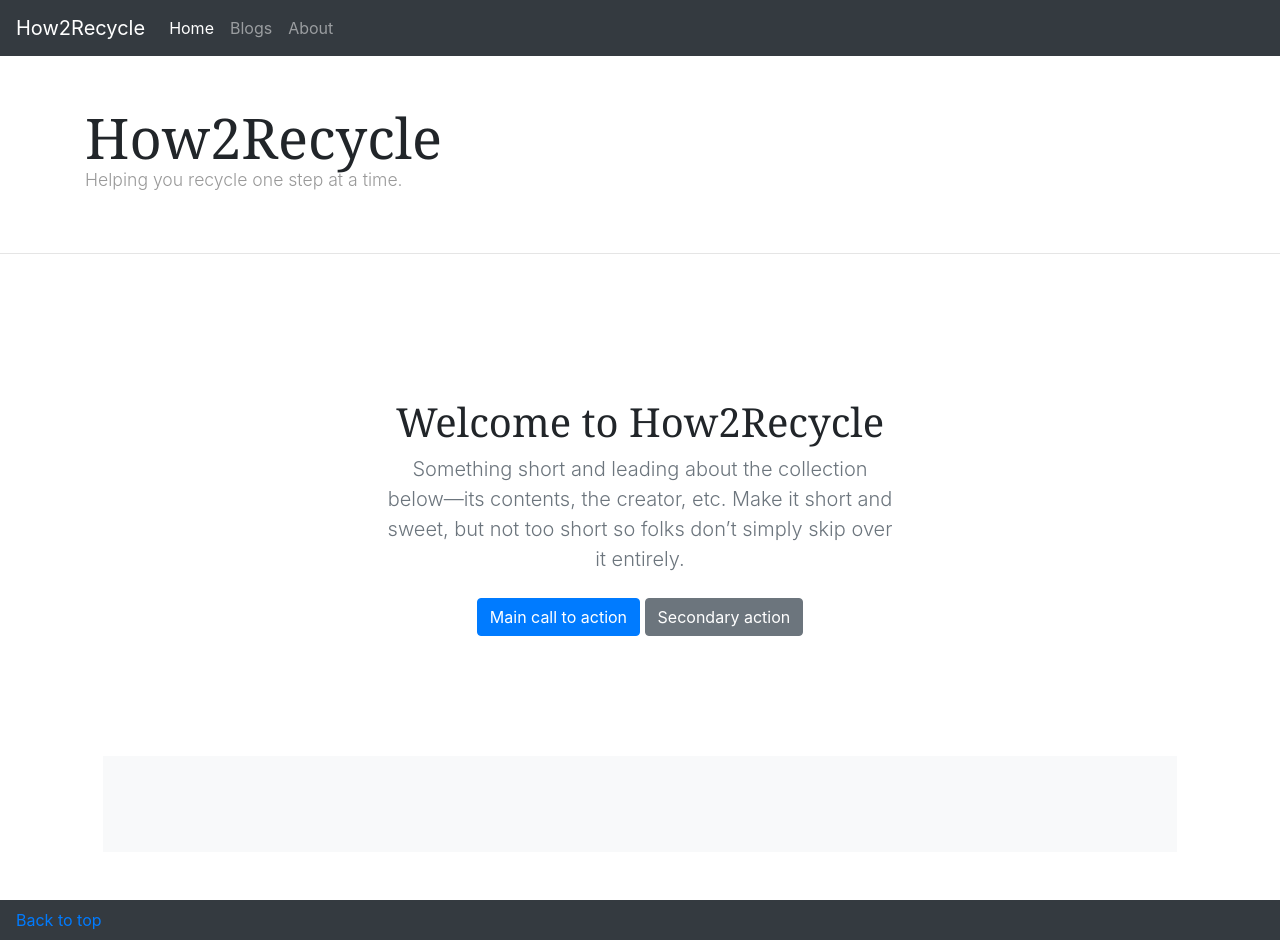
Repository: AshokSasi/CopyNPasta-Recycle-App
Page: http://localhost/
The author's editor kept a copy of each file at every save. The page is drawn from the files as they stood at one save, then again after the next save.
The browser window is 1280 px wide. The pictures show the whole page.
The page is served by the project's Laravel application, run on PHP 8.4 with Laravel 8. Other server files are loaded and not shown. Queries for data that is not in the repository find no rows.

Above is the page before, as saved 2021-09-25 15:30:57.

### routes/web.php
<?php


Route::get('/','ItemsController@index');

Route::get('/home/{item}','ItemsController@show');

Route::get('/posts/index','PostsController@index');

Route::get('/posts/create','PostsController@create');

Route::post('/posts','PostsController@store');


Route::get('/posts/{post}','PostsController@show');

Route::post('/posts/{post}/comments','CommentsController@store');

### app/Http/Controllers/ItemsController.php
<?php

namespace App\Http\Controllers;

use Illuminate\Http\Request;
use App\Items;
class ItemsController extends Controller
{
    public function index()
    {
        $items = Items::latest()->get();

        return view('home.index',compact('items'));
    }

    public function show(Items $item)
    {

        return view('home.show',compact('item'));
    }
}

### resources/views/home/index.blade.php
@extends('layouts.master')

@section('content')


<style>
  .bd-placeholder-img {
    font-size: 1.125rem;
    text-anchor: middle;
    -webkit-user-select: none;
    -moz-user-select: none;
    user-select: none;
  }

  @media (min-width: 768px) {
    .bd-placeholder-img-lg {
      font-size: 3.5rem;
    }
  }
</style>
<main>

  <section class="py-5 text-center container">
    <div class="row py-lg-5">
      <div class="col-lg-6 col-md-8 mx-auto">
        <h1 class="fw-light">Welcome to How2Recycle</h1>
        <p class="lead text-muted">Something short and leading about the collection below—its contents, the creator, etc. Make it short and sweet, but not too short so folks don’t simply skip over it entirely.</p>
        <p>
          <a href="#" class="btn btn-primary my-2">Main call to action</a>
          <a href="#" class="btn btn-secondary my-2">Secondary action</a>
        </p>
      </div>
    </div>
  </section>

  <div class="album py-5 bg-light">
    <div class="container">

      <div class="row row-cols-1 row-cols-sm-2 row-cols-md-3 g-3">
        @php ($count = 1)
        @foreach ($items as $item)

        <div class="col">
          <div class="card shadow-sm">
            <img width="100%" height="260" src="/img/{{$item->id}}.jpg" alt="">
            <div class="card-body">
              <h4 class="card-text"> <a href="/home/{{$item->id}}" >
                {{$item->title}}</h2>
              </a></h4>
              <div class="d-flex justify-content-between align-items-center">
              </div>
            </div>
          </div>
        </div>
        @if ($count >2)
        <div class="w-100"></div>
        <br/>
        @php ($count = 1)

        @else
        @php ($count++)

        @endif

          @endforeach



      </div>
    </div>
  </div>

</main>


@endsection

### resources/views/layouts/master.blade.php

<!doctype html>
<html lang="en">
  <head>
    <meta charset="utf-8">
    <meta name="viewport" content="width=device-width, initial-scale=1, shrink-to-fit=no">
    <meta name="description" content="">
    <meta name="author" content="">
    <link rel="icon" href="/docs/4.0/assets/img/favicons/favicon.ico">

    <title>The Bootstrap Blog</title>

    <link rel="canonical" href="https://getbootstrap.com/docs/4.0/examples/album/">

    <!-- Bootstrap core CSS -->
    <link rel="stylesheet" href="https://maxcdn.bootstrapcdn.com/bootstrap/4.0.0/css/bootstrap.min.css"
    integrity="sha384-Gn5384xqQ1aoWXA+058RXPxPg6fy4IWvTNh0E263XmFcJlSAwiGgFAW/dAiS6JXm" crossorigin="anonymous">

    <!-- Custom styles for this template -->
    <link href="/css/app.css" rel="stylesheet">
  </head>

  <body>

    <header>


    @include('layouts.nav')


    </header>

<div class="container p-3 p-md-5">
  <div class="row">
    @yield('content')

  </div>

</div>
@include('layouts.footer')

    <!-- Bootstrap core JavaScript
    ================================================== -->
    <!-- Placed at the end of the document so the pages load faster -->

  </body>
</html>

### resources/views/layouts/nav.blade.php
<nav class="navbar navbar-expand-lg navbar-dark bg-dark">
  <a class="navbar-brand" href="/">How2Recycle</a>
  <button class="navbar-toggler" type="button" data-toggle="collapse" data-target="#navbarSupportedContent" aria-controls="navbarSupportedContent" aria-expanded="false" aria-label="Toggle navigation">
    <span class="navbar-toggler-icon"></span>
  </button>

  <div class="collapse navbar-collapse" id="navbarSupportedContent">
    <ul class="navbar-nav mr-auto">
      <li class="nav-item active">
        <a class="nav-link" href="/">Home <span class="sr-only">(current)</span></a>
      </li>
      <li class="nav-item">
        <a class="nav-link" href="/posts/index">Blogs</a>
      </li>
      <li class="nav-item">
        <a class="nav-link" href="#">About</a>
      </li>


    </ul>

  </div>
</nav>

<div class="blog-header p-3 p-md-5">
  <div class="container">
    <h1 class="blog-title">How2Recycle</h1>
    <p class="lead blog-description">Helping you recycle one step at a time.</p>
  </div>
</div>

### resources/views/layouts/footer.blade.php
<footer class="navbar navbar-dark bg-dark footer">
    <a href="#">Back to top</a>
  </p>
</footer>

### public/css/app.css
/* stylelint-disable selector-list-comma-newline-after */

.blog-header {
    line-height: 1;
    border-bottom: 1px solid #e5e5e5;
  }

  .blog-header-logo {
    font-family: "Playfair Display", Georgia, "Times New Roman", serif;
    font-size: 2.25rem;
  }

  .blog-header-logo:hover {
    text-decoration: none;
  }

  h1,
  h2,
  h3,
  h4,
  h5,
  h6 {
    font-family: "Playfair Display", Georgia, "Times New Roman", serif;
  }

  .display-4 {
    font-size: 2.5rem;
  }

  @media (min-width: 768px) {
    .display-4 {
      font-size: 3rem;
    }
  }

  .nav-scroller {
    position: relative;
    z-index: 2;
    height: 2.75rem;
    overflow-y: hidden;
  }

  .nav-scroller .nav {
    display: -webkit-box;
    display: -ms-flexbox;
    display: flex;
    -ms-flex-wrap: nowrap;
    flex-wrap: nowrap;
    padding-bottom: 1rem;
    margin-top: -1px;
    overflow-x: auto;
    text-align: center;
    white-space: nowrap;
    -webkit-overflow-scrolling: touch;
  }

  .nav-scroller .nav-link {
    padding-top: .75rem;
    padding-bottom: .75rem;
    font-size: .875rem;
  }

  .card-img-right {
    height: 100%;
    border-radius: 0 3px 3px 0;
  }

  .flex-auto {
    -ms-flex: 0 0 auto;
    -webkit-box-flex: 0;
    flex: 0 0 auto;
  }

  .h-250 {
    height: 250px;
  }

  @media (min-width: 768px) {
    .h-md-250 {
      height: 250px;
    }
  }

  .border-top {
    border-top: 1px solid #e5e5e5;
  }

  .border-bottom {
    border-bottom: 1px solid #e5e5e5;
  }

  .box-shadow {
    -webkit-box-shadow: 0 0.25rem 0.75rem rgba(0, 0, 0, 0.05);
            box-shadow: 0 0.25rem 0.75rem rgba(0, 0, 0, 0.05);
  }

  /*
     * Blog name and description
     */

  .blog-title {
    margin-bottom: 0;
    font-size: 2rem;
    font-weight: 400;
  }

  .blog-description {
    font-size: 1.1rem;
    color: #999;
  }

  @media (min-width: 40em) {
    .blog-title {
      font-size: 3.5rem;
    }
  }

  /* Pagination */

  .blog-pagination {
    margin-bottom: 4rem;
  }

  .blog-pagination > .btn {
    border-radius: 2rem;
  }

  /*
     * Blog posts
     */

  .blog-post {
    margin-bottom: 4rem;
  }

  .blog-post-title {
    margin-bottom: .25rem;
    font-size: 2.5rem;
  }

  .blog-post-meta {
    margin-bottom: 1.25rem;
    color: #999;
  }

  /*
     * Footer
     */

  .blog-footer {
    padding: 2.5rem 0;
    color: #999;
    text-align: center;
    background-color: #f9f9f9;
    border-top: .05rem solid #e5e5e5;
  }

  .blog-footer p:last-child {
    margin-bottom: 0;
  }

/* stylelint-disable selector-list-comma-newline-after */

.blog-header {
    line-height: 1;
    border-bottom: 1px solid #e5e5e5;
  }

  .blog-header-logo {
    font-family: "Playfair Display", Georgia, "Times New Roman", serif;
    font-size: 2.25rem;
  }

  .blog-header-logo:hover {
    text-decoration: none;
  }

  h1,
  h2,
  h3,
  h4,
  h5,
  h6 {
    font-family: "Playfair Display", Georgia, "Times New Roman", serif;
  }

  .display-4 {
    font-size: 2.5rem;
  }

  @media (min-width: 768px) {
    .display-4 {
      font-size: 3rem;
    }
  }

  .nav-scroller {
    position: relative;
    z-index: 2;
    height: 2.75rem;
    overflow-y: hidden;
  }

  .nav-scroller .nav {
    display: -webkit-box;
    display: -ms-flexbox;
    display: flex;
    -ms-flex-wrap: nowrap;
    flex-wrap: nowrap;
    padding-bottom: 1rem;
    margin-top: -1px;
    overflow-x: auto;
    text-align: center;
    white-space: nowrap;
    -webkit-overflow-scrolling: touch;
  }

  .nav-scroller .nav-link {
    padding-top: .75rem;
    padding-bottom: .75rem;
    font-size: .875rem;
  }

  .card-img-right {
    height: 100%;
    border-radius: 0 3px 3px 0;
  }

  .flex-auto {
    -ms-flex: 0 0 auto;
    -webkit-box-flex: 0;
    flex: 0 0 auto;
  }

  .h-250 {
    height: 250px;
  }

  @media (min-width: 768px) {
    .h-md-250 {
      height: 250px;
    }
  }

  .border-top {
    border-top: 1px solid #e5e5e5;
  }

  .border-bottom {
    border-bottom: 1px solid #e5e5e5;
  }

  .box-shadow {
    -webkit-box-shadow: 0 0.25rem 0.75rem rgba(0, 0, 0, 0.05);
            box-shadow: 0 0.25rem 0.75rem rgba(0, 0, 0, 0.05);
  }

  /*
     * Blog name and description
     */

  .blog-title {
    margin-bottom: 0;
    font-size: 2rem;
    font-weight: 400;
  }

  .blog-description {
    font-size: 1.1rem;
    color: #999;
  }

  @media (min-width: 40em) {
    .blog-title {
      font-size: 3.5rem;
    }
  }

  /* Pagination */

  .blog-pagination {
    margin-bottom: 4rem;
  }

  .blog-pagination > .btn {
    border-radius: 2rem;
  }

  /*
     * Blog posts
     */

  .blog-post {
    margin-bottom: 4rem;
  }

  .blog-post-title {
    margin-bottom: .25rem;
    font-size: 2.5rem;
  }

  .blog-post-meta {
    margin-bottom: 1.25rem;
    color: #999;
  }

  /*
     * Footer
     */

  .blog-footer {
    padding: 2.5rem 0;
    color: #999;
    text-align: center;
    background-color: #f9f9f9;
    border-top: .05rem solid #e5e5e5;
  }

  .blog-footer p:last-child {
    margin-bottom: 0;
  }
  .red-text{
    color:red;
  }

  /* ============================================================================================== */

Loaded but not shown: app/Http/Controllers/Controller.php (common file); app/Items.php (common file)

After the next save:
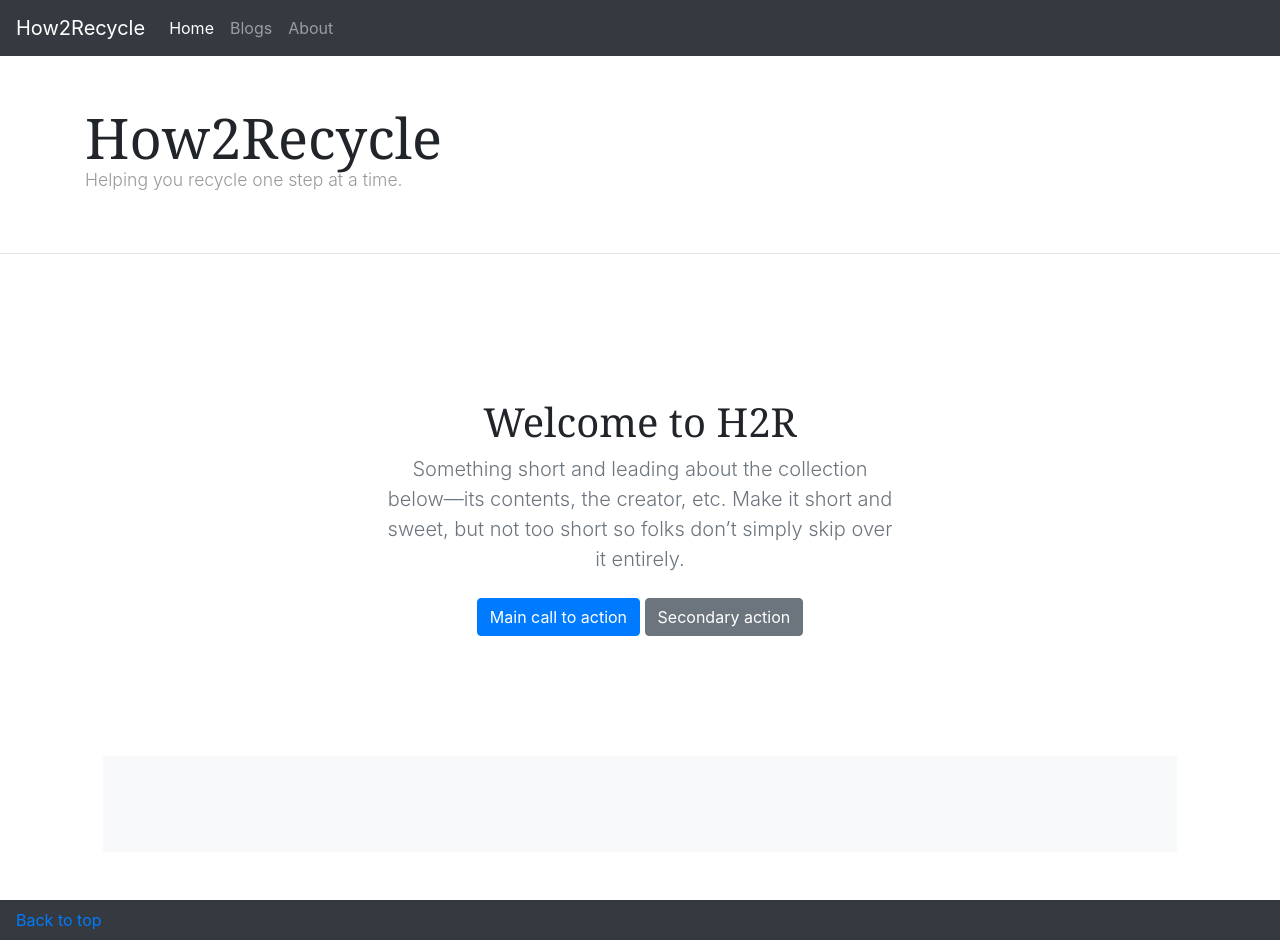
Saved 24 s later.
--- a/resources/views/home/index.blade.php
+++ b/resources/views/home/index.blade.php
@@ -23,7 +23,7 @@
   <section class="py-5 text-center container">
     <div class="row py-lg-5">
       <div class="col-lg-6 col-md-8 mx-auto">
-        <h1 class="fw-light">Welcome to How2Recycle</h1>
+        <h1 class="fw-light">Welcome to H2R</h1>
         <p class="lead text-muted">Something short and leading about the collection below—its contents, the creator, etc. Make it short and sweet, but not too short so folks don’t simply skip over it entirely.</p>
         <p>
           <a href="#" class="btn btn-primary my-2">Main call to action</a>
